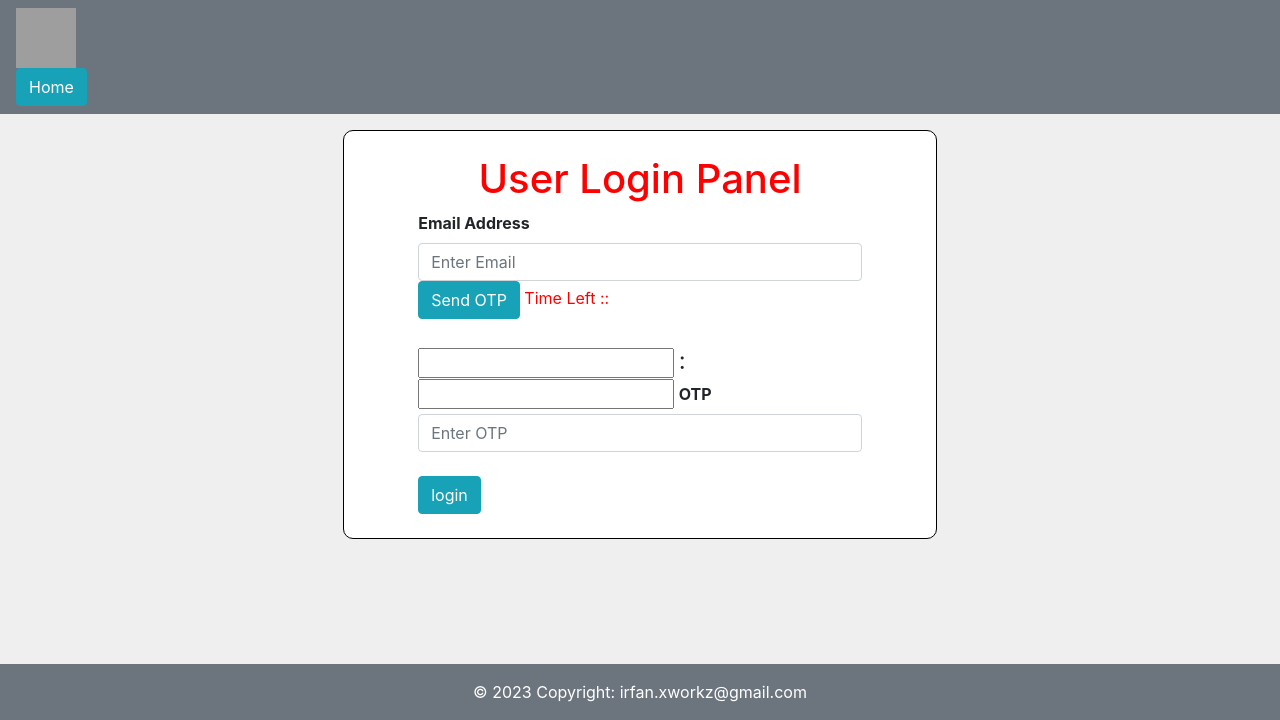
Repository: irfanxworkz/Project
Page: http://localhost/parking/UserLogin.jsp
An editor plug-in stored every save of this project. The page is shown before and after the next save, followed by the edit.
The browser window is 1280 px wide. The pictures show the whole page.
Pictures or frames that could not be fetched are drawn as grey boxes. The page is served by Tomcat 9. Other server files are loaded and not shown.

Above is the page before, as saved 2023-07-12 08:40:57.
Console error: SyntaxError: Unexpected identifier 'getseconds'

### parking/src/main/webapp/UserLogin.jsp
<%@ page language="java" contentType="text/html; charset=UTF-8"
    pageEncoding="UTF-8"%>
<!DOCTYPE html>
<html>
<head>
<meta charset="UTF-8">
<title>AdminPanel</title>
<link rel="stylesheet"
	href="https://cdn.jsdelivr.net/npm/bootstrap@4.4.1/dist/css/bootstrap.min.css">
	<link rel="stylesheet" href="Parking.css">
	<script>
		var mins=5;
		var sec=mins*60;
		function countdown(){
			setTimeout('Decrement()', 60);
		}
			function Decrement(){
				if(document.getElementById){
					minutes=document.getElementById("minutes");
					seconds=document.getElementById("seconds");
					if(seconds<59){
						seconds.value=secs;
					}
					else{
						minutes.value=getminutes();
						seconds.value=getseconds();
					}
					if(min<1) {
						minutes.style.color="red";
						seconds.style.coor="red";
					}
					if(mins<0){
						alert('time up');
						minutes.value=0;
						seconds.value=0;
					}
					else{
						secs--;
						setTimeout('Decrement()', 1000);
					}
				}
			}

			function getminutes(){
				mins=Math.floor(secs/60);
				return mins;
			}
			fuction getseconds(){
				retun secs-Msth.round(mins*60);
			}

	</script>
</head>
<header>
	<div class="fixed-header">
		<nav class="navbar navbar-dark bg-secondary justify-content-between">
			<img src="https://w7.pngwing.com/pngs/974/17/png-transparent-car-park-parking-computer-icons-parking-text-rectangle-logo-thumbnail.png" alt="" width="60" height="60">
		    <a  href="Home.jsp" class="btn btn-info" type="button" style="margin-right: 1150px;">Home</a>
		</nav>
	</div>
</header>
<body >
 	<div class="container">

		<form action="user-login" method="post" style="background-color: white; margin-top: 50px; margin-left: 200px; margin-right: 200px; border: 1px solid black; border-radius: 10px;">
				<span></span><br>
				<span style="color: green;">${successMsg }</span>
				<h1 style="text-align: center; color: red;">User Login Panel</h1>
			<div class="container">
			<label for="email"><b>Email Address</b></label>
			    <input type="email" name="email" class="form-control" placeholder="Enter Email" required="required"><input type="submit" value="Send OTP" onclick="countdown();" class="btn btn-info" ><span style="color: red;"> Time Left ::</span><br><br>
			    <input id="minutes" type="text">
			    	<font size="5">
			    	:
			    	</font>
			    	<input id="seconds", type="text">
			<label for="otp"><b>OTP</b></label>
			    <input type="text" name="otp" class="form-control" placeholder="Enter OTP"><br>
			 	 <input type="submit" value="login"  class="btn btn-info"><br>
			 	<span></span><br>
			</div>
		</form>
	</div>
</body>
	<div class="fixed-footer">
		<footer class="bg-secondary text-white">
		    <div class="text-center p-3" style="background-color: secondary;">
		      © 2023 Copyright:
		      <a class="text-white" href="https://irfan.xworkz@gmail.com/">irfan.xworkz@gmail.com</a>
		    </div>
		 </footer>
	</div>
</html>

### parking/src/main/webapp/Parking.css
@charset "UTF-8";



 /* Add some padding on document's body to prevent the content
    to go underneath the header and footer */
 	body{
        padding-top: 80px;
        padding-bottom: 60px;
        background-color: buttonface;
    }
    .container{
        width: 80%;
        margin: 0 auto; /* Center the DIV horizontally */
    }
    .fixed-header, .fixed-footer{
        width: 100%;
        position: fixed;

    }
    .fixed-header{
        top: 0;
    }
    .fixed-footer{
        bottom: 0;
    }


 /* using for table and body*/
 #customers {
  font-family: Arial, Helvetica, sans-serif;
  border-collapse: collapse;
  width: 100%;
}

#customers td, #customers th {
  border: 1px solid #ddd;
  padding: 8px;
}

#customers tr:nth-child(even){background-color: #f2f2f2;}

#customers tr:hover {background-color: #ddd;}

#customers th {
  padding-top: 12px;
  padding-bottom: 12px;
  text-align: left;
  background-color: #04AA6D;
  color: white;
}

After the next save:
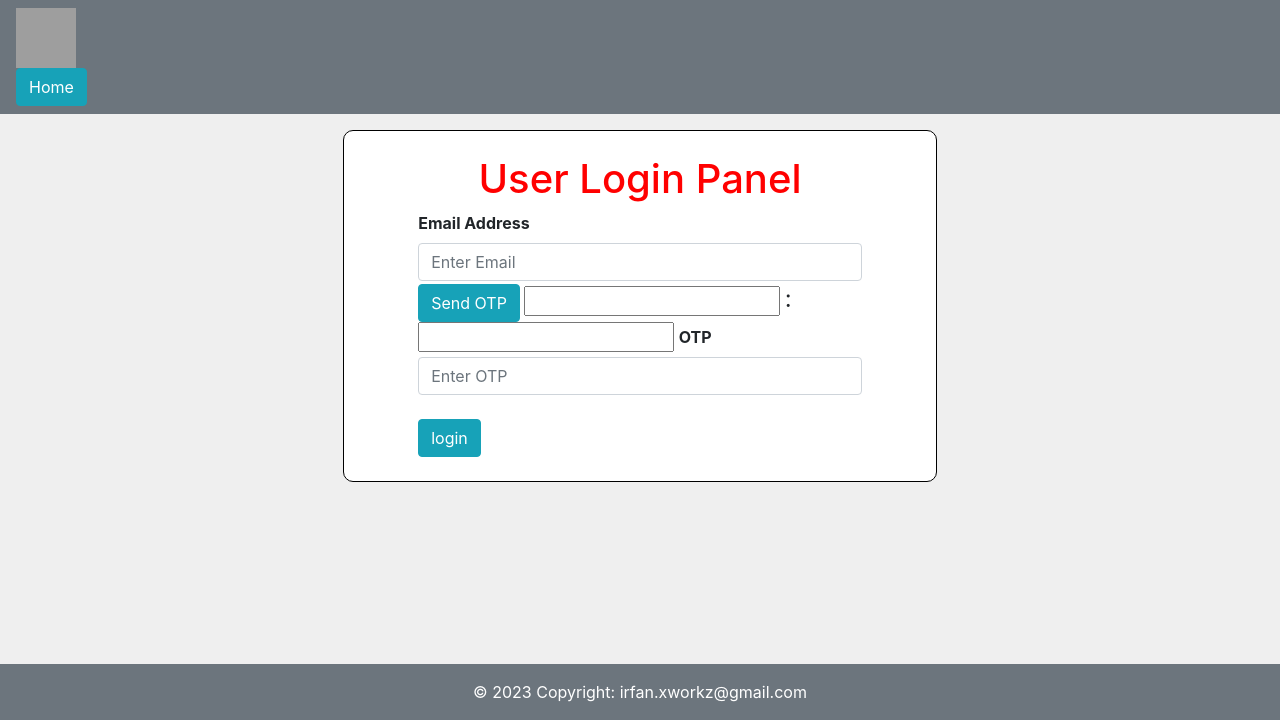
Saved 108 s later.
--- a/parking/src/main/webapp/UserLogin.jsp
+++ b/parking/src/main/webapp/UserLogin.jsp
@@ -68,7 +68,8 @@
 				<h1 style="text-align: center; color: red;">User Login Panel</h1>
 			<div class="container">
 			<label for="email"><b>Email Address</b></label>
-			    <input type="email" name="email" class="form-control" placeholder="Enter Email" required="required"><input type="submit" value="Send OTP" onclick="countdown();" class="btn btn-info" ><span style="color: red;"> Time Left ::</span><br><br>
+			<!--  <span style="color: red;"> Time Left ::</span><br><br> -->
+			    <input type="email" name="email" class="form-control" placeholder="Enter Email" required="required"><input type="submit" value="Send OTP" onclick="countdown();" class="btn btn-info" >
 			    <input id="minutes" type="text">
 			    	<font size="5">
 			    	:
